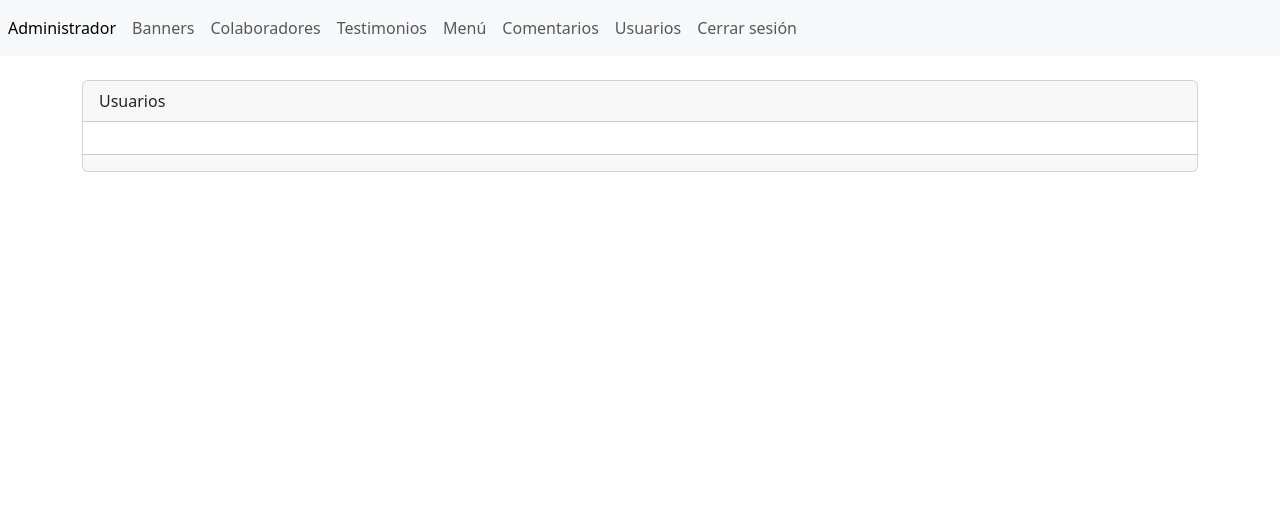
Repository: salextros/Restaurant-Project-PHP-MySQL
Page: http://localhost/TRABAJO_FINAL/restaurant/admin/seccion/usuarios/crear.php
An editor plug-in stored every save of this project. The page is shown before and after the next save, followed by the edit.
The browser window is 1280 px wide. The pictures show the whole page.
The page is run by PHP 8.4 with error messages shown; the project is at /var/www/html/.

Above is the page before, as saved 2026-02-03 19:56:53.

After the next save:
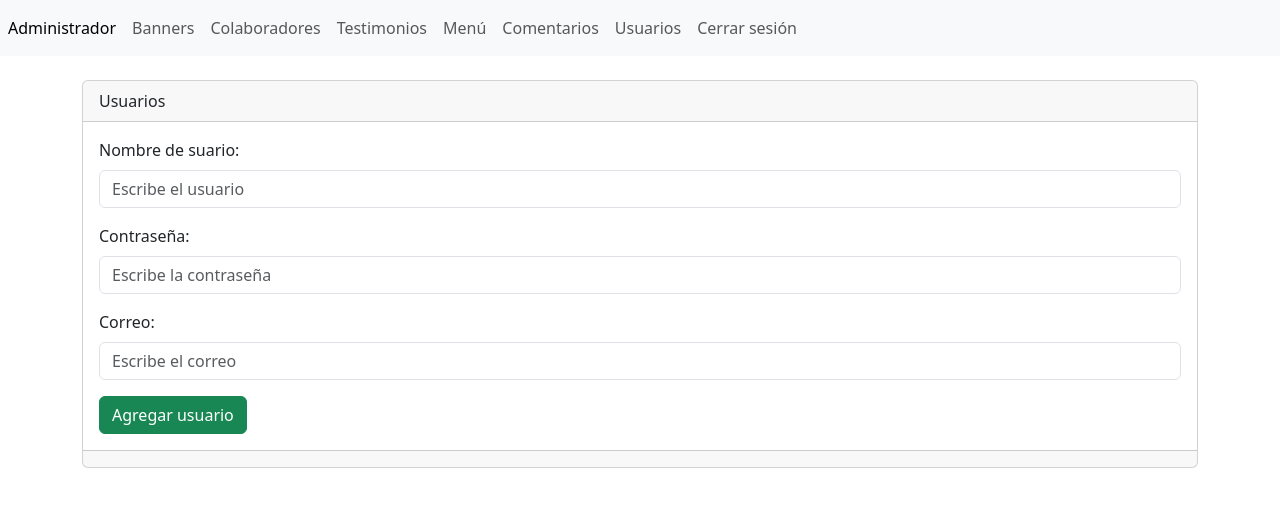
Saved 2 min 22 s later.
--- a/restaurant/admin/seccion/usuarios/crear.php
+++ b/restaurant/admin/seccion/usuarios/crear.php
@@ -8,7 +8,28 @@ include ("../../templates/header.php");
     <div class="card-header">Usuarios</div>
     <div class="card-body">
 
-    <form action="" method="post"></form>
+    <form action="" method="post">
+
+        <div class="mb-3">
+            <label for="usuario" class="form-label">Nombre de suario:</label>
+            <input type="text"
+              class="form-control" name="usuario" id="usuario" placeholder="Escribe el usuario"/>
+        </div>
+
+        <div class="mb-3">
+            <label for="password" class="form-label">Contraseña:</label>
+            <input type="password"
+              class="form-control" name="password" id="password" aria-describedby="helpId" placeholder="Escribe la contraseña">
+        </div>
+
+        <div class="mb-3">
+            <label for="correo" class="form-label">Correo:</label>
+            <input type="email"
+              class="form-control" name="correo" id="correo" aria-describedby="helpId" placeholder="Escribe el correo">
+        </div>
+
+        <button type="submit" class="btn btn-success">Agregar usuario</button>
+    </form>
 
     </div>
     <div class="card-footer text-muted"></div>
